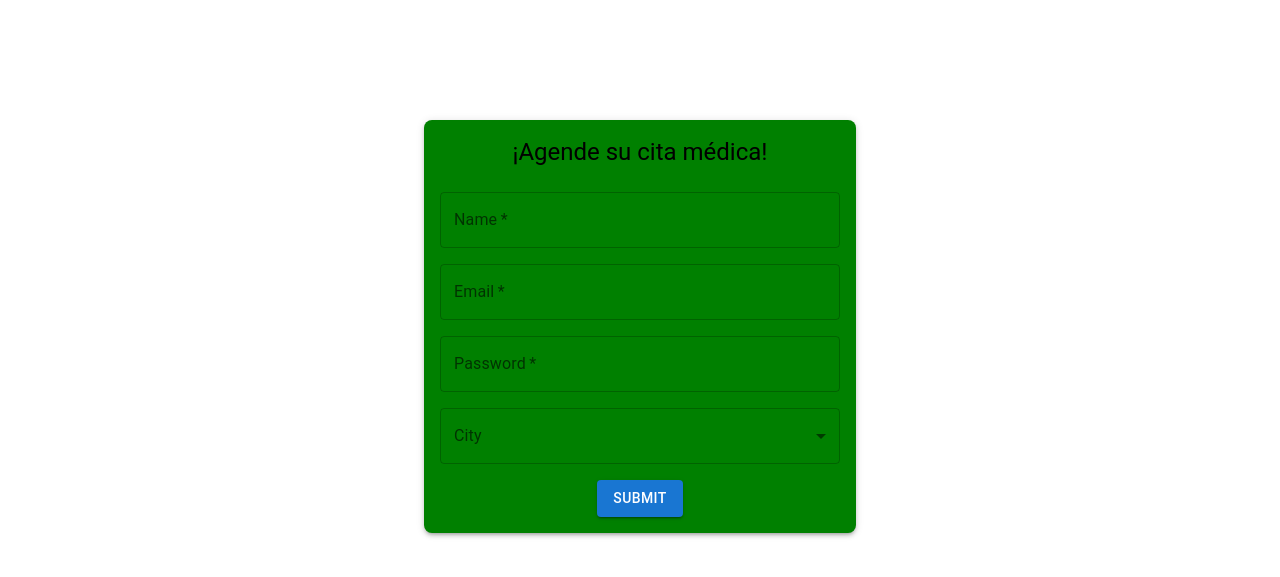
Repository: nicoleabaddd/FormReactJs
Page: /
An editor plug-in stored every save of this project. The page is shown before and after the next save, followed by the edit.
The browser window is 1280 px wide. The pictures show the whole page.
The project was rebuilt for these pictures with package versions that can differ from the ones it lists, and the page was loaded fresh each time. Also part of the build but not shown: src/App.css.

Above is the page before, as saved 2024-07-15 01:06:20.

### src/App.js
import './App.css';
import { Box } from '@mui/material';
import FormPages from "./pages/formPages";

const App = () => {
  return (
    <div>
      <FormPages />
    </div>
  );
};

export default App;

### src/pages/formPages.jsx
import { Box } from "@mui/material";
import React from "react";
import Forms from "../components/formulario";

const FormPages=()=> {
    return (
        <Box sx={{marginTop: "120px" ,justifyContent: "center" }}> <Forms/></Box>
    )
};

export default FormPages;

### src/components/formulario.jsx
import React, { useState } from "react";
import {
    TextField,
    Button,
    Box,
    Typography,
    Dialog,
    DialogActions,
    DialogContent,
    DialogContentText,
    DialogTitle,
    MenuItem,
    Select,
    InputLabel,
    FormControl
  } from "@mui/material";
import { green } from "@mui/material/colors";

  const cities = [
    { name: "Quito", value: "Quito" },
    { name: "Guayaquil", value: "Guayaquil" },
    { name: "Cuenca", value: "Cuenca" },
    { name: "Santo Domingo", value: "Santo Domingo" },
    { name: "Machala", value: "Machala" },
    { name: "Durán", value: "Durán" },
    { name: "Manta", value: "Manta" },
    { name: "Portoviejo", value: "Portoviejo" },
    { name: "Ambato", value: "Ambato" },
    { name: "Riobamba", value: "Riobamba" }
  ];

  const Forms = () => {
    const [formData, setFormData] = useState({
      name: "",
      email: "",
      password: "",
      city: ""
    });
    const [open, setOpen] = useState(false);

    const handleChange = (e) => {
      const { name, value } = e.target;
      setFormData((prevData) => ({
        ...prevData,
        [name]: value
      }));
    };

    const handleSubmit = (e) => {
      e.preventDefault();
      console.log(formData);
      setOpen(true);
    };

    const handleClose = () => {
      setOpen(false);
    };

    return (
      <Box
        component="form"
        onSubmit={handleSubmit}
        sx={{
          display: "flex",
          flexDirection: "column",
          alignItems: "center",
          gap: 2,
          maxWidth: 400,
          margin: "auto",
          padding: 2,
          boxShadow: 3,
          borderRadius: 2,
          background: "green"
        }}
      >
        <Typography variant="h5" component="h1" gutterBottom>
          ¡Agende su cita médica!
        </Typography>

        <TextField
          label="Name"
          name="name"
          value={formData.name}
          onChange={handleChange}
          fullWidth
          required
        />
        <TextField
          label="Email"
          name="email"
          value={formData.email}
          onChange={handleChange}
          fullWidth
          required
          type="email"
        />
        <TextField
          label="Password"
          name="password"
          value={formData.password}
          onChange={handleChange}
          fullWidth
          required
          type="password"
        />
        <FormControl fullWidth>
          <InputLabel id="city-label">City</InputLabel>
          <Select
            labelId="city-label"
            name="city"
            value={formData.city}
            onChange={handleChange}
            label="City"
            fullWidth
            required
          >
            {cities.map((city, index) => (
              <MenuItem key={index} value={city.value}>
                {city.name}
              </MenuItem>
            ))}
          </Select>
        </FormControl>
        <Button variant="contained" color="primary" type="submit">
          Submit
        </Button>

        <Dialog open={open} onClose={handleClose}>
          <DialogTitle>{"Cita agendada"}</DialogTitle>
          <DialogContent>
            <DialogContentText>
              ¡Tu cita ha sido agendada exitosamente!
            </DialogContentText>
          </DialogContent>
          <DialogActions>
            <Button onClick={handleClose} color="primary" autoFocus>
              Close
            </Button>
          </DialogActions>
        </Dialog>
      </Box>
    );
  };

export default Forms;

Loaded but not shown: public/index.html (common file); src/index.js (common file); src/index.css (common file); src/reportWebVitals.js (common file)

After the next save:
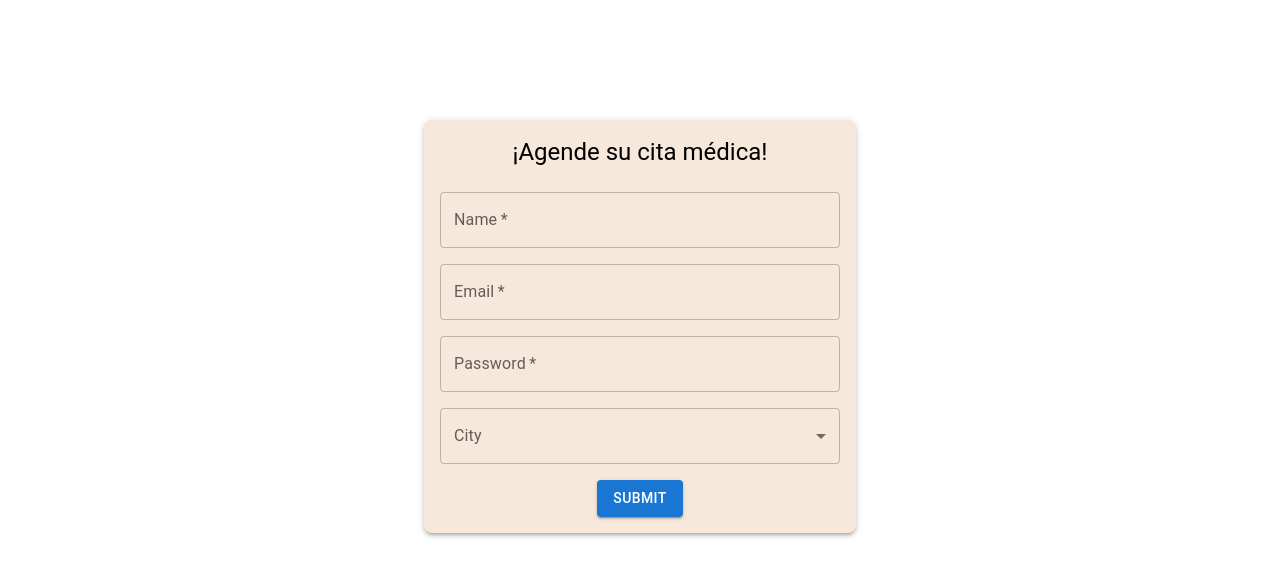
Saved 116 s later.
--- a/src/components/formulario.jsx
+++ b/src/components/formulario.jsx
@@ -70,7 +70,7 @@ import { green } from "@mui/material/colors";
           padding: 2,
           boxShadow: 3,
           borderRadius: 2,
-          background: "green"
+          background: "#F6E8DA"
         }}
       >
         <Typography variant="h5" component="h1" gutterBottom>
